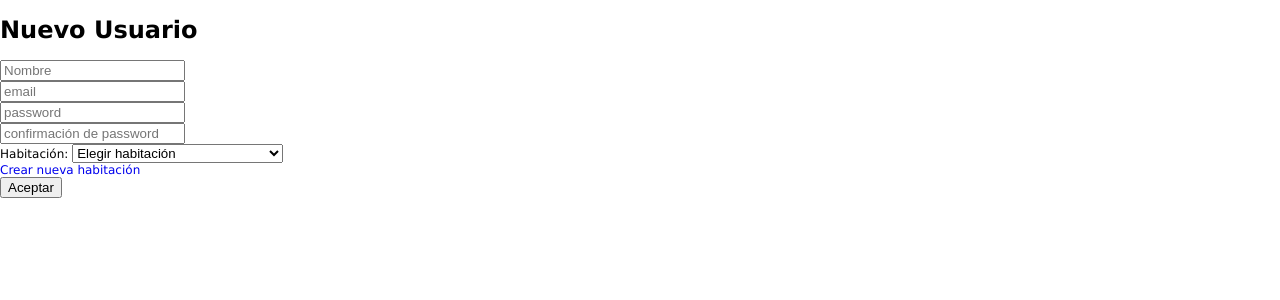
Repository: anagut/java-web
Page: http://localhost/HelloLogin/nuevousuario
These files come from the project's save history. The page is drawn as it stood at one moment and after the next save; the edit follows.
The browser window is 1280 px wide. The pictures show the whole page.
The page is served by Tomcat 9.

Above is the page before, as saved 2018-11-16 10:56:50.
Console error: TypeError: Cannot set properties of null (setting 'onclick')

After the next save:
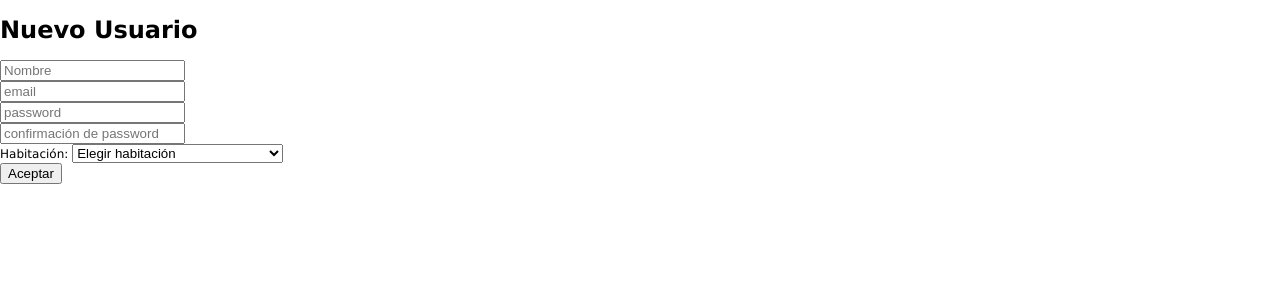
Saved 29 s later.
--- a/HelloLogin/WebContent/nuevousuario.jsp
+++ b/HelloLogin/WebContent/nuevousuario.jsp
@@ -36,7 +36,7 @@
    		</c:forEach>
 		</select>
 <!-- 		<div><button id="habBtn">Crear nueva habitación</button></div> -->
-			<div><a href="./nuevahabitacion">Crear nueva habitación</a></div>
+<!-- 			<div><a href="./nuevahabitacion">Crear nueva habitación</a></div> -->
 	</div>
 
 	<div><button>Aceptar</button></div>
